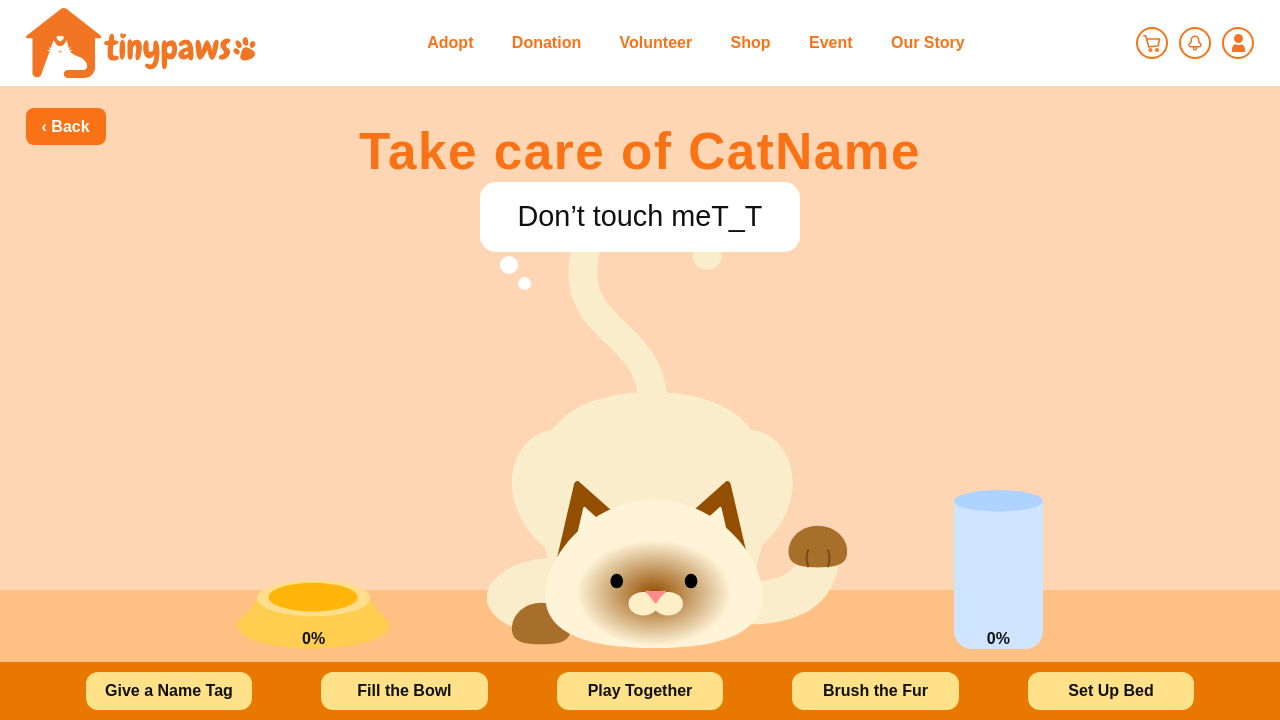
Repository: LShuyanLi/TinyPaws
Page: /, after clicking the first element matching `div > div`
These files come from the project's save history. The page is drawn as it stood at one moment and after the next save; the edit follows.
The browser window is 1280 px wide. The pictures show the whole page.
The project was rebuilt for these pictures with package versions that can differ from the ones it lists, and the page was loaded fresh each time. The framework's server and built-in components were replaced by stand-ins that run in the browser. Also part of the build but not shown: next.config.mjs.

Above is the page before, as saved 2026-05-09 23:49:37.

After the next save:
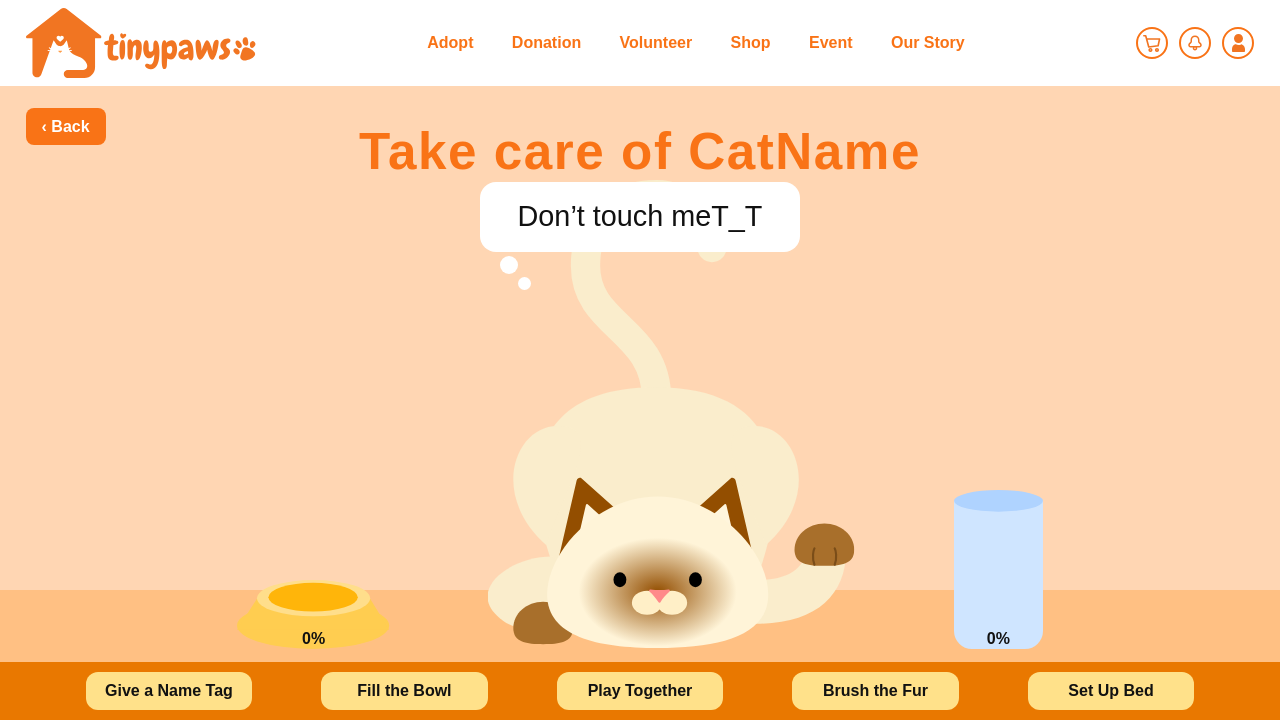
Saved 6 s later.
--- a/components/shared/CatDisplay.jsx
+++ b/components/shared/CatDisplay.jsx
@@ -31,8 +31,8 @@ export default function CatDisplay({
 
     catStyle = {
       ...catStyle,
-      width: "108%",
-      height: "108%",
+      width: "110%",
+      height: "110%",
       left: "10px",
     }
 
